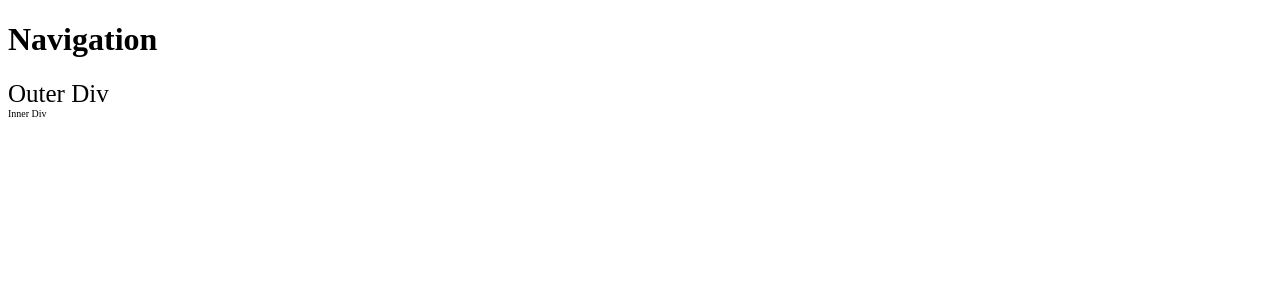
Repository: nihalani20/CSS-by-KG
Page: Practice set/indx.html
An editor plug-in stored every save of this project. The page is shown before and after a run of saves, followed by the edit.
The browser window is 1280 px wide. The pictures show the whole page.

Above is the page before, as saved 2023-11-25 15:33:30.

### Practice set/indx.html
<!DOCTYPE html>
<html lang="en">
<head>
    <meta charset="UTF-8">
    <meta name="viewport" content="width=device-width, initial-scale=1.0">
    <title>Practice set Level 3</title>

    <style>
      #heading{
        text-transform: capitalize;
        text-align: center;
        font-family: 'Times New Roman', Times, serif;
        background-color:aqua
      }
     #outer{
        font-size: 25px;
     }
     #inner{
        font-size: 10px;
     }


    </style>
</head>
<body>
<div id = "nav">
    <h1>Navigation</h1>
</div>
    <div id="outer">Outer Div
<div id = "inner"> Inner Div</div>
    </div>
    <i size="40px" class="fa-brands fa-linkedin"></i>
    <i size="40px" class="fa-brands fa-github"></i>

</body>
</html>

After the next 2 saves:
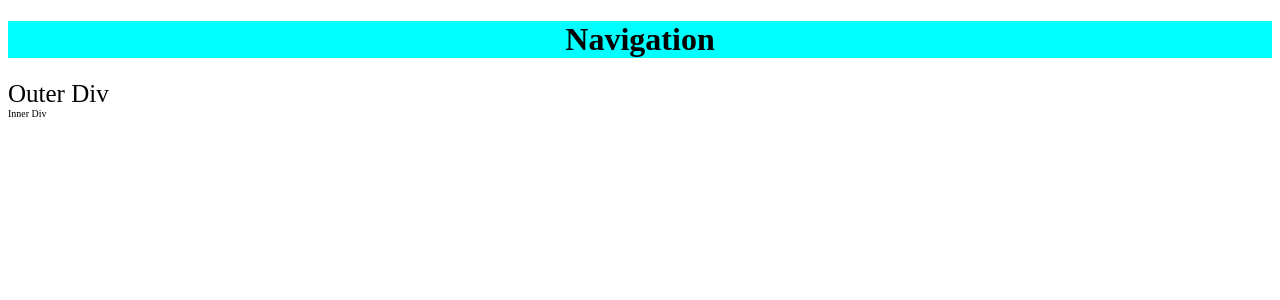
The 2 saves are shown as one change because they came seconds apart.
The last was saved 8 s later.
--- a/Practice set/indx.html
+++ b/Practice set/indx.html
@@ -6,7 +6,7 @@
     <title>Practice set Level 3</title>
 
     <style>
-      #heading{
+      #nav h1{
         text-transform: capitalize;
         text-align: center;
         font-family: 'Times New Roman', Times, serif;

After the 2 saves that followed:
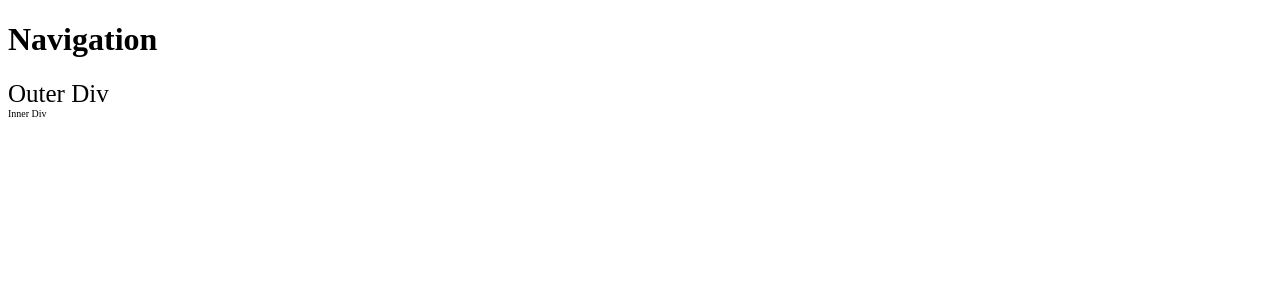
The 2 saves are shown as one change because 1 left the picture as it was.
The last was saved 17 s later.
--- a/Practice set/indx.html
+++ b/Practice set/indx.html
@@ -6,6 +6,7 @@
     <title>Practice set Level 3</title>
 
     <style>
+        here we try appl
       #nav h1{
         text-transform: capitalize;
         text-align: center;
